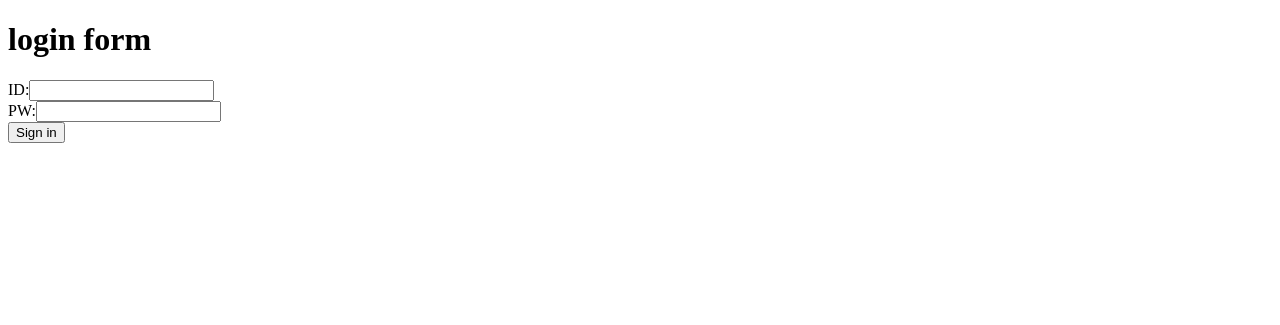
Repository: choicoding1026/Django
Page: django07_request/myapp/templates/loginForm.html
These files come from the project's save history. The page is drawn as it stood at one moment and after the next save; the edit follows.
The browser window is 1280 px wide. The pictures show the whole page.

Above is the page before, as saved 2020-09-24 04:41:45.

After the next save:
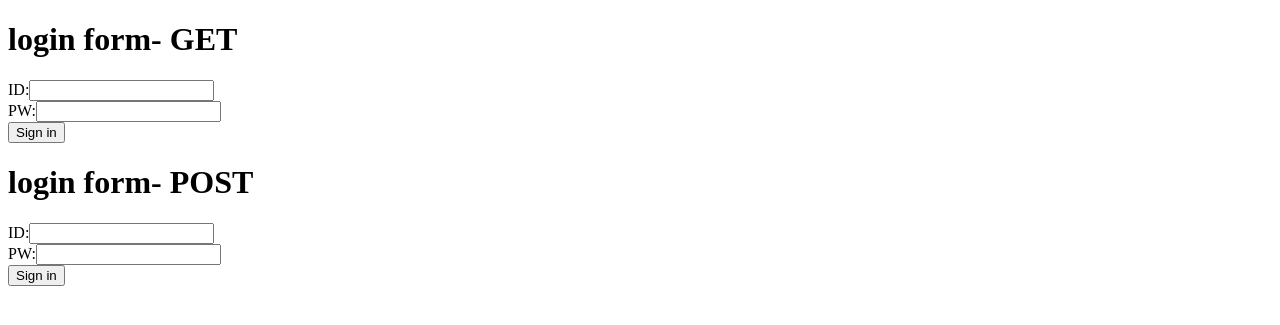
Saved 10 min 34 s later.
--- a/django07_request/myapp/templates/loginForm.html
+++ b/django07_request/myapp/templates/loginForm.html
@@ -5,7 +5,7 @@
 <title>Insert title here</title>
 </head>
 <body>
-<h1>login form</h1>
+<h1>login form- GET</h1>
 <!-- 절대경로/상대경로, get/post -->
 <!-- <form action="../login" method="get">  -->
 <!-- <form action="../login/" method="post">  -->
@@ -13,6 +13,15 @@
 ID:<input type="text" name="userId"><br>
 PW:<input type="text" name="userPw"><br>
 <input type="submit" value="Sign in">
+</form>
+<h1>login form- POST</h1>
+<!-- 절대경로/상대경로, get/post -->
+<!-- <form action="../login" method="get">  -->
+<!-- <form action="../login/" method="post">  -->
+<form action="/main/login/" method="post">
+ID:<input type="text" name="userId"><br>
+PW:<input type="text" name="userPw"><br>
+<input type="submit" value="Sign in">
 
 </form>
 </body>
